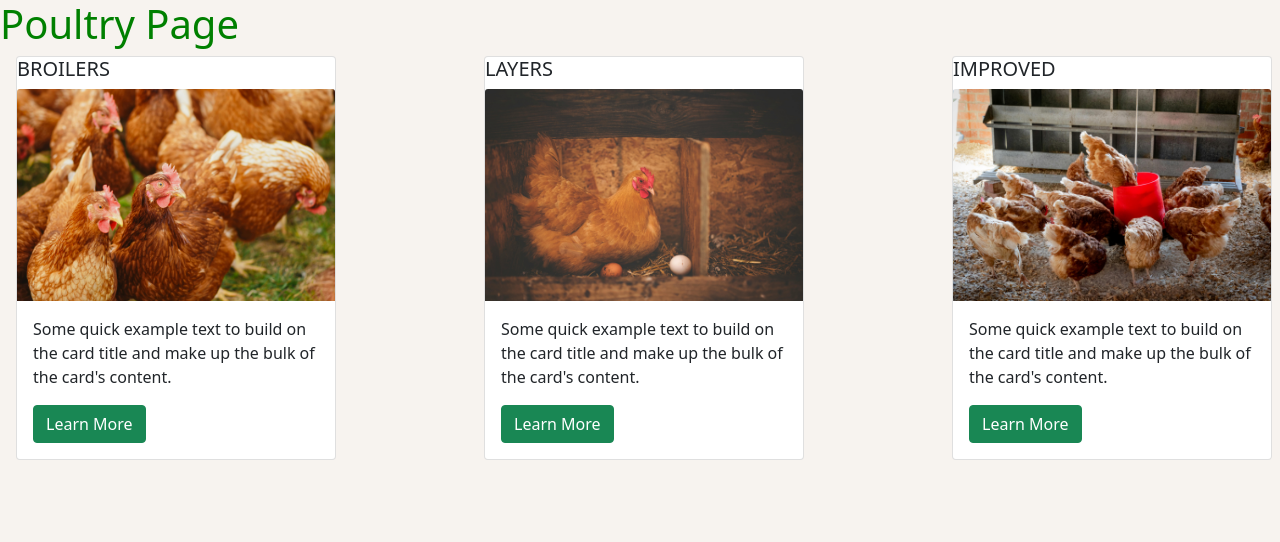
Repository: Allevandrose/Agri-invest
Page: poultry.html
These files come from the project's save history. The page is drawn as it stood at one moment and after a run of saves; the edit follows.
The browser window is 1280 px wide. The pictures show the whole page.

Above is the page before, as saved 2024-04-13 15:28:47.

### poultry.html
<!DOCTYPE html>
<html lang="en">

<head>
    <meta charset="UTF-8">
    <link href="https://cdn.jsdelivr.net/npm/bootstrap@5.0.2/dist/css/bootstrap.min.css" rel="stylesheet" integrity="sha384-EVSTQN3/azprG1Anm3QDgpJLIm9Nao0Yz1ztcQTwFspd3yD65VohhpuuCOmLASjC" crossorigin="anonymous">
    <meta name="viewport" content="width=device-width, initial-scale=1.0">
    <link rel="stylesheet" href="poultry.css">
    <title>Document</title>
</head>

<body>
    <h1 class="h1">Poultry Page</h1>

    <div class="card-container d-flex flex-row">
        <div class="card mr-2" style="width: 20rem;">
            <h5 class="card-title">BROILERS</h5>
            <img src="poultry images/chick1.jpg" class="card-img-top" alt="...">
            <div class="card-body">

                <p class="card-text">Some quick example text to build on the card title and make up the bulk of the card's content.</p>
                <a href="#" class="btn btn-success">Learn More</a>
            </div>
        </div>
        <div class="card mr-2" style="width: 20rem;">
            <h5 class="card-title">LAYERS</h5>
            <img src="poultry images/chick2.jpg" class="card-img-top" alt="...">
            <div class="card-body">
                <p class="card-text">Some quick example text to build on the card title and make up the bulk of the card's content.</p>
                <a href="#" class="btn btn-success">Learn More</a>
            </div>
        </div>
        <div class="card mr-2" style="width: 20rem;">
            <h5 class="card-title">IMPROVED</h5>
            <img src="poultry images/chick3.jpg" class="card-img-top" alt="...">
            <div class="card-body">

                <p class="card-text">Some quick example text to build on the card title and make up the bulk of the card's content.</p>
                <a href="#" class="btn btn-success">Learn More</a>
            </div>
        </div>




        <!-- script tag -->
        <script src="https://cdn.jsdelivr.net/npm/bootstrap@5.0.2/dist/js/bootstrap.bundle.min.js" integrity="sha384-MrcW6ZMFYlzcLA8Nl+NtUVF0sA7MsXsP1UyJoMp4YLEuNSfAP+JcXn/tWtIaxVXM" crossorigin="anonymous"></script>
</body>

</html>

### poultry.css
body {
    background-color: rgb(247, 243, 239);
}

.h1 {
    color: green;
}

.card-container {
    display: flex;
    flex-wrap: wrap;
    justify-content: space-between;
    margin-left: 16px;
    margin-right: 8px;
}

After the next 3 saves:
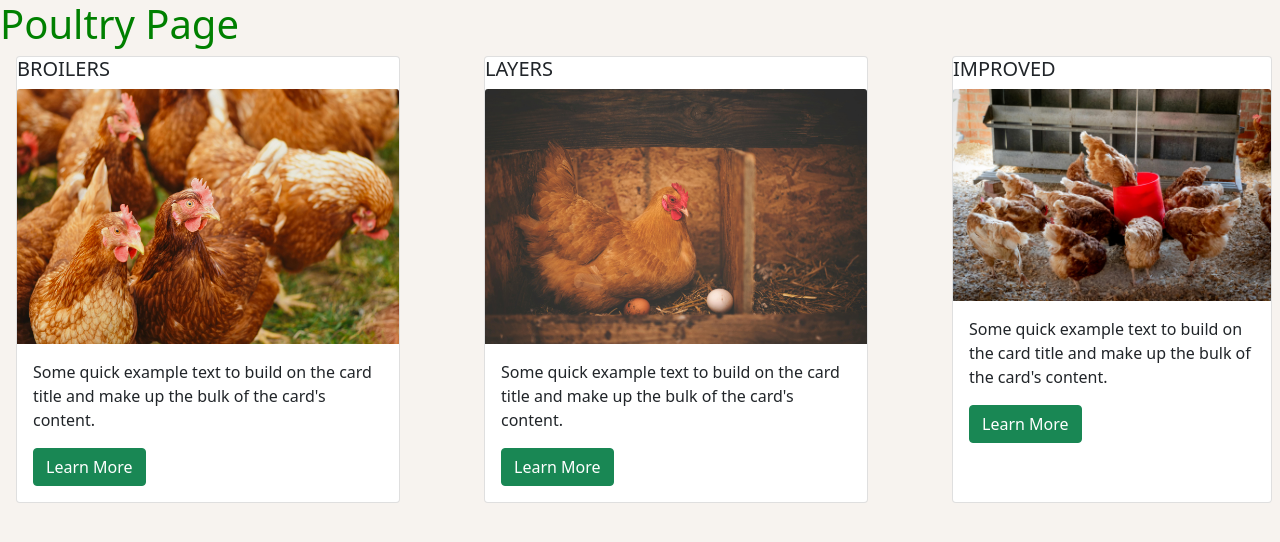
The 3 saves are shown as one change because they came seconds apart.
The last was saved 48 s later.
--- a/poultry.html
+++ b/poultry.html
@@ -13,7 +13,7 @@
     <h1 class="h1">Poultry Page</h1>
 
     <div class="card-container d-flex flex-row">
-        <div class="card mr-2" style="width: 20rem;">
+        <div class="card mr-2" style="width: 24rem;">
             <h5 class="card-title">BROILERS</h5>
             <img src="poultry images/chick1.jpg" class="card-img-top" alt="...">
             <div class="card-body">
@@ -22,7 +22,7 @@
                 <a href="#" class="btn btn-success">Learn More</a>
             </div>
         </div>
-        <div class="card mr-2" style="width: 20rem;">
+        <div class="card mr-2" style="width: 24rem;">
             <h5 class="card-title">LAYERS</h5>
             <img src="poultry images/chick2.jpg" class="card-img-top" alt="...">
             <div class="card-body">
